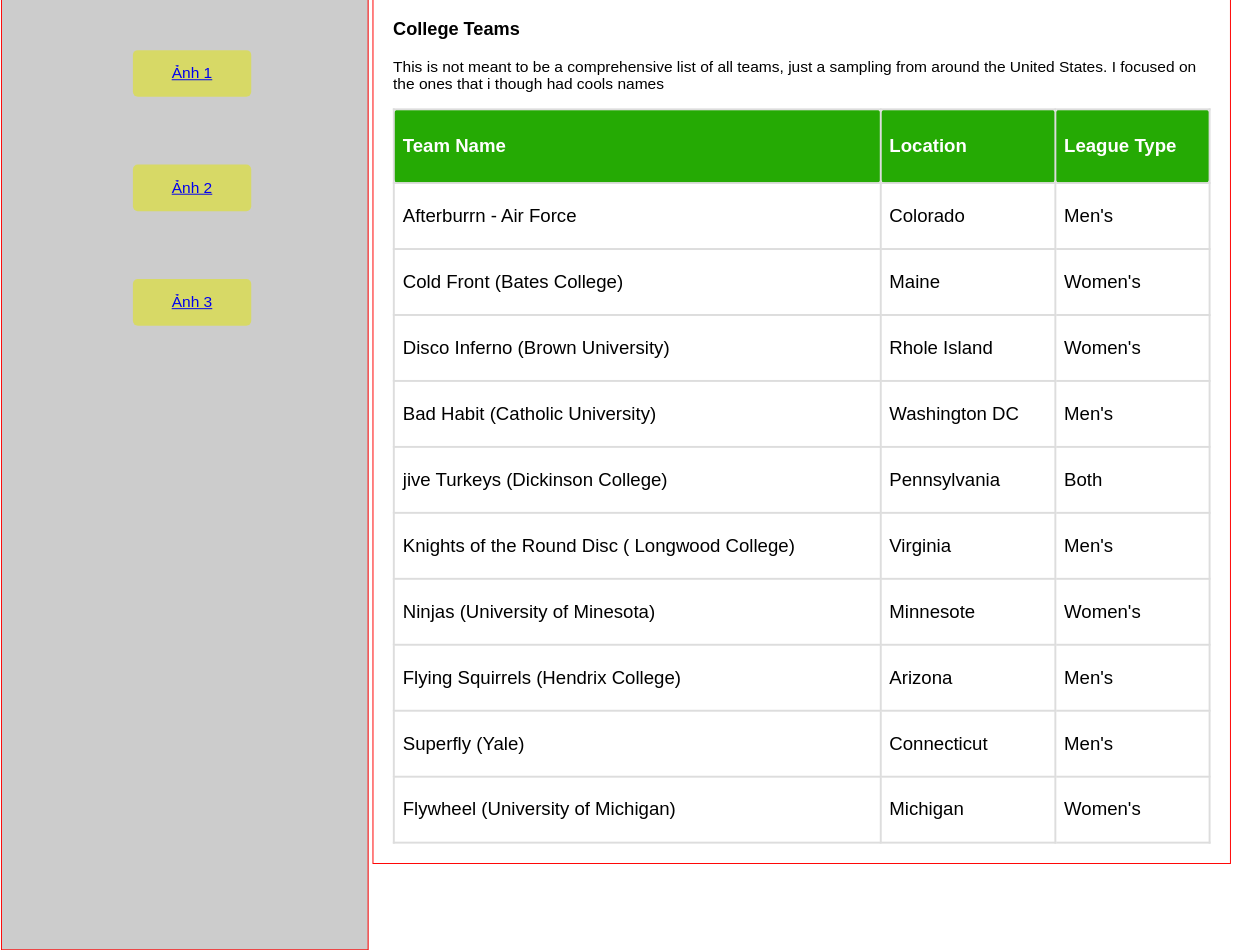
Repository: Tram-anh99/Blockchain_Funix
Page: CSS/Lab6_2.html
The author's editor kept a copy of each file at every save. The page is drawn from the files as they stood at one save, then again after the next save.
The browser window is 1280 px wide. The page is 1292 px wide, so the pictures cover 1292 px, including what lies to the right of the window. The pictures show the part of the page from y = 176 to 1156 px (the page is 1156 px tall), at 97% of full size.

Above is the page before, as saved 2023-07-20 00:36:55.

After the next save:
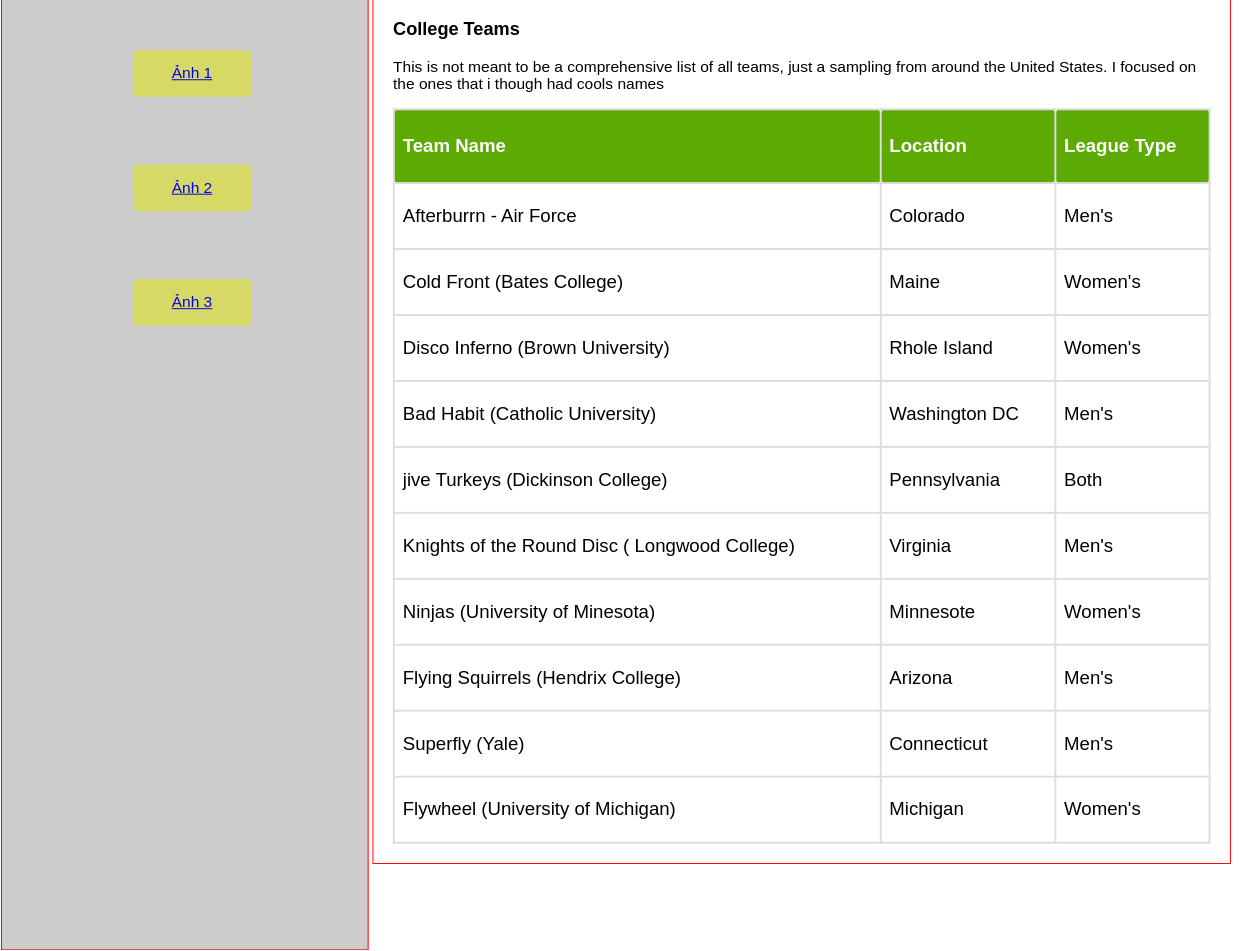
Saved 8 s later.
--- a/CSS/Lab6_2.css
+++ b/CSS/Lab6_2.css
@@ -80,7 +80,7 @@
       padding-top: 12px;
       padding-bottom: 12px;
       text-align: left;
-      background-color: #25aa04;
+      background-color: #5daa04;
       color: white;
       border-radius: 5px;
 }
